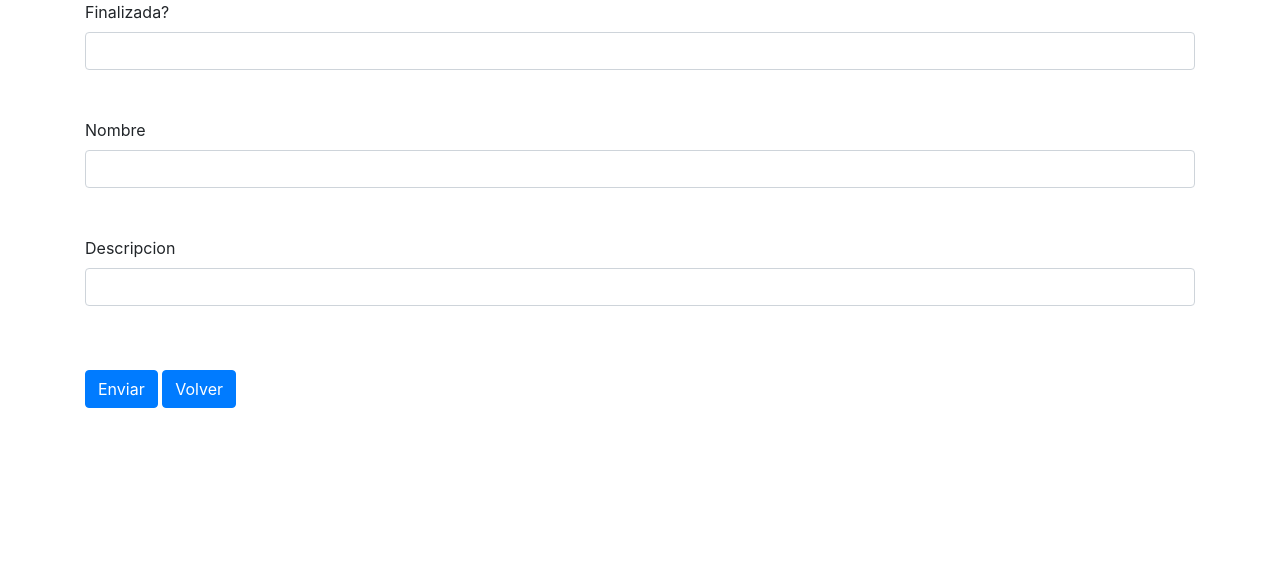
Repository: Alemartinez97/New-Repository
Page: programacion-3/tp4/productos/formulario/formProducto.html
The author's editor kept a copy of each file at every save. The page is drawn from the files as they stood at one save, then again after the next save.
The browser window is 1280 px wide. The pictures show the whole page.

Above is the page before, as saved 2020-06-11 15:50:29.

### programacion-3/tp4/productos/formulario/formProducto.html

<!DOCTYPE html>
<html>

<head>
    <meta charset="utf-8" />
    <meta http-equiv="X-UA-Compatible" content="IE=edge">
    <title>Page Title</title>
    <meta name="viewport" content="width=device-width, initial-scale=1">
    <link rel="stylesheet" href="https://stackpath.bootstrapcdn.com/bootstrap/4.5.0/css/bootstrap.min.css" integrity="sha384-9aIt2nRpC12Uk9gS9baDl411NQApFmC26EwAOH8WgZl5MYYxFfc+NcPb1dKGj7Sk" crossorigin="anonymous">
</head>

<body>
    <div class="container">
        <form class="form-group">
            <label for="estado" >Finalizada?</label>
            <input type="text" id="estado" class="form-control"  aria-describedby="emailHelp" required="true"><br>
        </br>
            <label for="">Nombre</label>
            <input type="text" id="nombre" class="form-control"  aria-describedby="emailHelp" required><br>
        </br>
            <label for="">Descripcion</label>
            <input type="text" id="descripcion" class="form-control"  aria-describedby="emailHelp" required><br>
        </br>
        </form>

        <button onclick="enviarDatos()" class="btn btn-primary">Enviar</button>
        <a href="../producto.html" class="btn btn-primary">Volver</a>
        <h3 id="resultado"></h3>
        <script src="../../js/tarea.js"></script>
    </div>
</body>

</html>

### programacion-3/tp4/js/tarea.js
function enviarDatos() {


    let codigo = document.getElementById("estado").value;
    let nombre = document.getElementById("nombre").value;
    let marca = document.getElementById("descripcion").value;

    let request = { estado: estado, nombre: nombre, descripcion: descripcion};

        document.getElementById("resultado").innerHTML = JSON.stringify(request);
        console.log("Detalle Tarea: ",request);
        setTimeout(function() {
            debugger
            alert("Enviado");
            document.getElementById("resultado").innerHTML = JSON.stringify(request) + "... Enviada exitosamente";
        }, 3000);
    }

### programacion-3/tp3/producto.js
<!DOCTYPE html>
<html lang="en">
<head>
    <meta charset="UTF-8">
    <meta name="viewport" content="width=device-width, initial-scale=1.0">
    <title>Document</title>
</head>
<body>
    <table border="1">
        <h2>Productos</h2>
        <tbody>
          <tr>
            <th>Codigo</th>
            <th>Nombre</th>
            <th>Marca</th>
            <th>Precio</th>
          </tr>
          <tr>
            <th>1</th>
            <td>Bebida</td>
            <td>CocaCola</td>
            <td>$100</td>
          </tr>
          <tr>
            <th>2</th>
            <td>jabon</td>
            <td>Ala</td>
            <td>$20</td>
          </tr>
          <tr>
            <th>3</th>
            <td>papas</td>
            <td>3D</td>
            <td>$75</td>
          </tr>
          <tr>
            <th>4</th>
            <td>arroz</td>
            <td>Tio Carlos</td>
            <td>$19</td>
          </tr>
        </tbody>
      </table>
      <a href="inicio.html">Inicio</a>
</body>
</html>

After the next save:
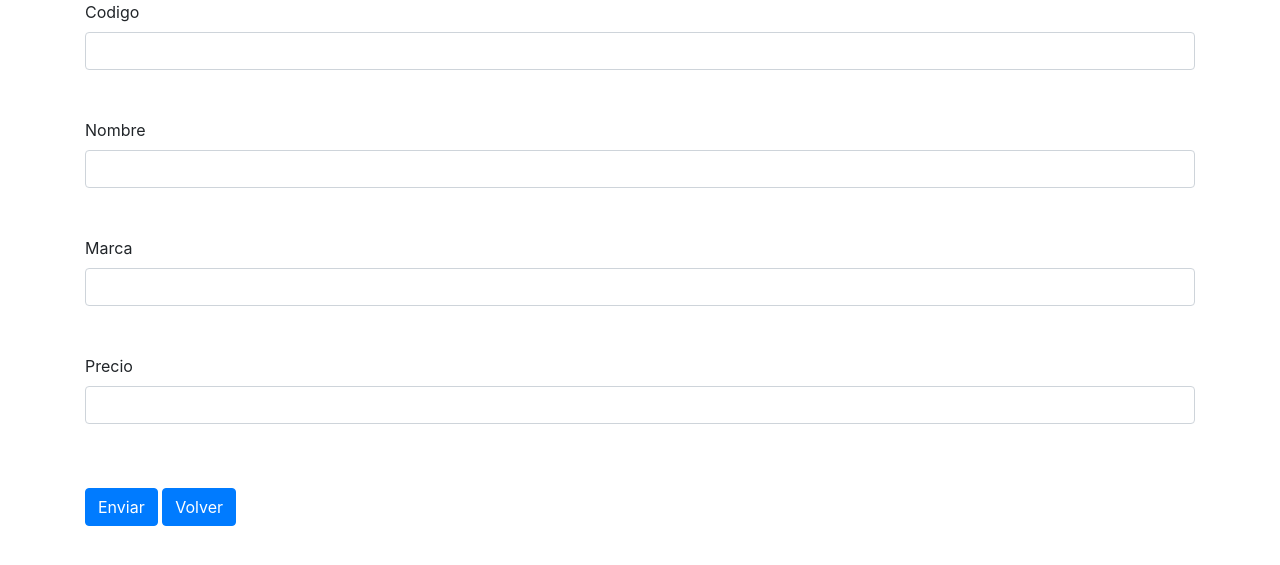
Console error: SyntaxError: Unexpected token '<'
Saved 94 s later.
--- a/programacion-3/tp4/productos/formulario/formProducto.html
+++ b/programacion-3/tp4/productos/formulario/formProducto.html
@@ -13,21 +13,24 @@
 <body>
     <div class="container">
         <form class="form-group">
-            <label for="estado" >Finalizada?</label>
-            <input type="text" id="estado" class="form-control"  aria-describedby="emailHelp" required="true"><br>
+            <label for="codigo" >Codigo</label>
+            <input type="text" id="codigo" class="form-control"  aria-describedby="emailHelp" required="true"><br>
         </br>
             <label for="">Nombre</label>
             <input type="text" id="nombre" class="form-control"  aria-describedby="emailHelp" required><br>
         </br>
-            <label for="">Descripcion</label>
-            <input type="text" id="descripcion" class="form-control"  aria-describedby="emailHelp" required><br>
+            <label for="">Marca</label>
+            <input type="text" id="marca" class="form-control"  aria-describedby="emailHelp" required><br>
         </br>
+        <label for="">Precio</label>
+        <input type="text" id="Precio" class="form-control"  aria-describedby="emailHelp" required><br>
+    </br>
         </form>
 
         <button onclick="enviarDatos()" class="btn btn-primary">Enviar</button>
         <a href="../producto.html" class="btn btn-primary">Volver</a>
         <h3 id="resultado"></h3>
-        <script src="../../js/tarea.js"></script>
+        <script src="../../js/producto.js"></script>
     </div>
 </body>
 
